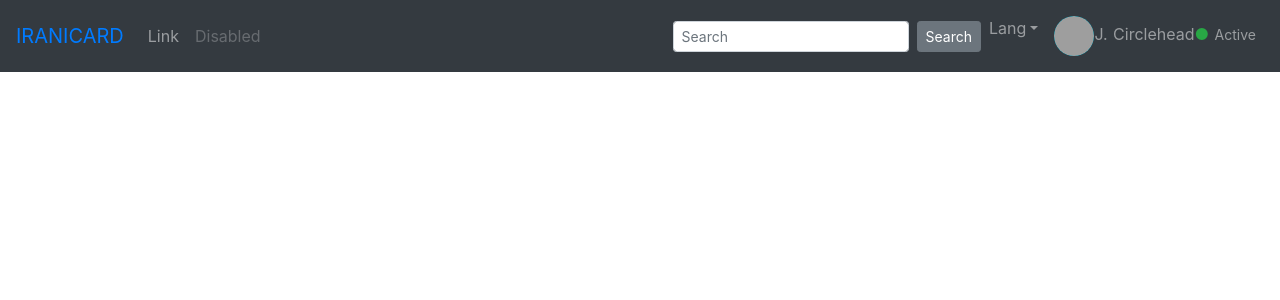
Repository: hosseinemami1370/iranicard
Page: /user
The author's editor kept a copy of each file at every save. The page is drawn from the files as they stood at one save, then again after the next save.
The browser window is 1280 px wide. The pictures show the whole page.
Pictures or frames that could not be fetched are drawn as grey boxes. The page's requests for data from a server got no answer. The project was rebuilt for these pictures with package versions that can differ from the ones it lists, and the page was loaded fresh each time. The framework's server and built-in components were replaced by stand-ins that run in the browser. No one was signed in, and anything a server would have sent is missing. Also part of the build but not shown: nuxt.config.js, components/Header.vue, components/Logo.vue, components/UI/AppButton.vue, layouts/admin.vue, layouts/error.vue.

Above is the page before, as saved 2021-03-15 13:58:09.

After the next save:
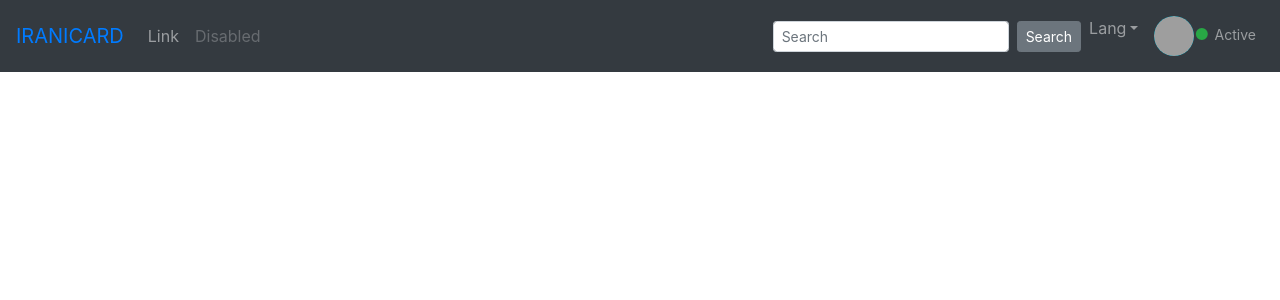
Saved 17 s later.
--- a/components/navigation/Header.vue
+++ b/components/navigation/Header.vue
@@ -38,9 +38,9 @@
         </b-nav-item-dropdown>
         <b-nav-item>
           <b-avatar variant="info" src="https://placekitten.com/300/300"></b-avatar>
-          <span class="mr-auto">J. Circlehead</span>
+          <span class="mr-auto">{{email}}</span>
           <span class="text-success">● </span>
-      <small>Active</small>
+          <small>Active</small>
         </b-nav-item>
       </b-navbar-nav>
 
